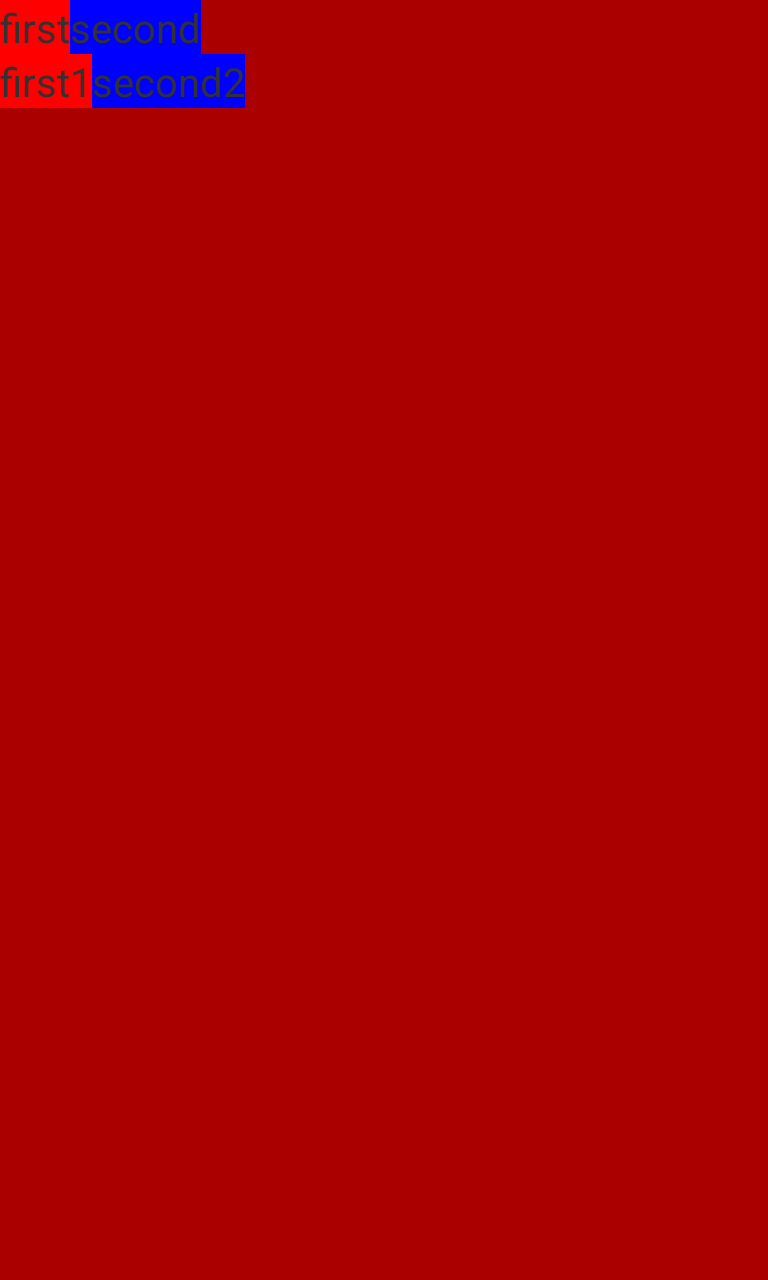
Repository: mrhanliang/Android_4.2
Layout: S01_E12_LinearLayout/res/layout/activity_main.xml
These files come from the project's save history. The layout is drawn as it stood at one moment and after the next save; the edit follows.
It is drawn on a 768 x 1280 px phone screen (xhdpi) without system bars, with theme AppTheme; the app's code is not run.

Above is the layout before, as saved 2015-12-01 14:15:00.

### S01_E12_LinearLayout/res/layout/activity_main.xml
<LinearLayout xmlns:android="http://schemas.android.com/apk/res/android"
    xmlns:tools="http://schemas.android.com/tools"
    android:layout_width="match_parent"
    android:layout_height="match_parent"
	android:background="#AA0000"
	android:orientation="vertical"
    tools:context="cn.cqupt.s01_e12_linearlayout.MainActivity" >

    <LinearLayout
        android:layout_width="wrap_content"
        android:layout_height="wrap_content"
        android:orientation="horizontal"
        android:background="#FF0000"
        >
        <TextView
            android:layout_width="0dp"
            android:layout_height="wrap_content"
            android:textSize="20dp"
            android:layout_weight="1"
            android:text="first"
            />

        <TextView
            android:layout_width="0dp"
            android:layout_height="wrap_content"
            android:textSize="20dp"
            android:background="#0000ff"
            android:layout_weight="1"
            android:text="second"
            />

    </LinearLayout>

    <LinearLayout
        android:layout_width="wrap_content"
        android:layout_height="wrap_content"
        android:orientation="horizontal"
        android:background="#FF0000"
        >
        <TextView
            android:layout_width="0dp"
            android:layout_height="wrap_content"
            android:textSize="20dp"
            android:layout_weight="2"
            android:text="first1"
            />

        <TextView
            android:layout_width="wrap_content"
            android:layout_height="wrap_content"
            android:textSize="20dp"
            android:layout_weight="1"
            android:background="#0000ff"
            android:text="second2"
            />

    </LinearLayout>

</LinearLayout>

Loaded but not shown: S01_E12_LinearLayout/res/values/styles.xml (common file); S01_E12_LinearLayout/res/values-v11/styles.xml (common file); S01_E12_LinearLayout/res/values-v14/styles.xml (common file)

After the next save:
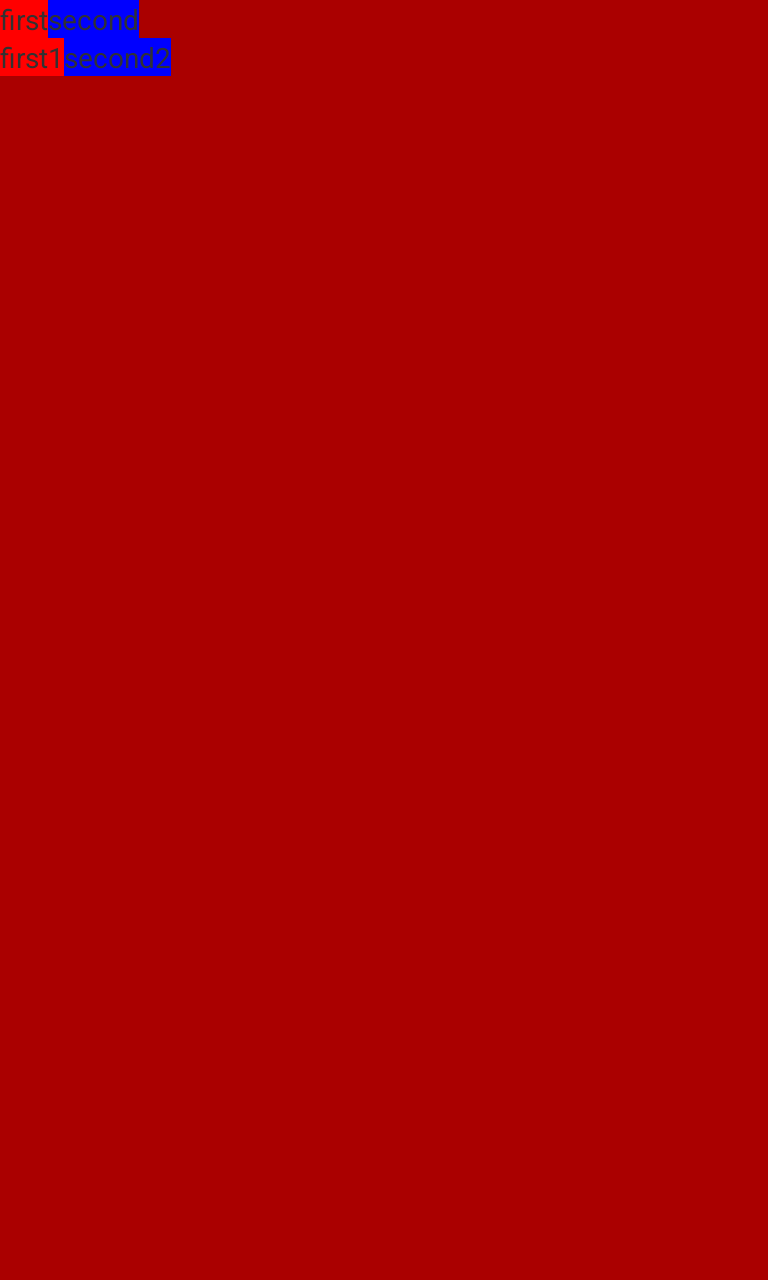
Saved 36 s later.
--- a/S01_E12_LinearLayout/res/layout/activity_main.xml
+++ b/S01_E12_LinearLayout/res/layout/activity_main.xml
@@ -15,7 +15,6 @@
         <TextView
             android:layout_width="0dp"
             android:layout_height="wrap_content"
-            android:textSize="20dp"
             android:layout_weight="1"
             android:text="first"
             />
@@ -23,7 +22,6 @@
         <TextView
             android:layout_width="0dp"
             android:layout_height="wrap_content"
-            android:textSize="20dp"
             android:background="#0000ff"
             android:layout_weight="1"
             android:text="second"
@@ -40,7 +38,6 @@
         <TextView
             android:layout_width="0dp"
             android:layout_height="wrap_content"
-            android:textSize="20dp"
             android:layout_weight="2"
             android:text="first1"
             />
@@ -48,7 +45,6 @@
         <TextView
             android:layout_width="wrap_content"
             android:layout_height="wrap_content"
-            android:textSize="20dp"
             android:layout_weight="1"
             android:background="#0000ff"
             android:text="second2"

After the save that followed:
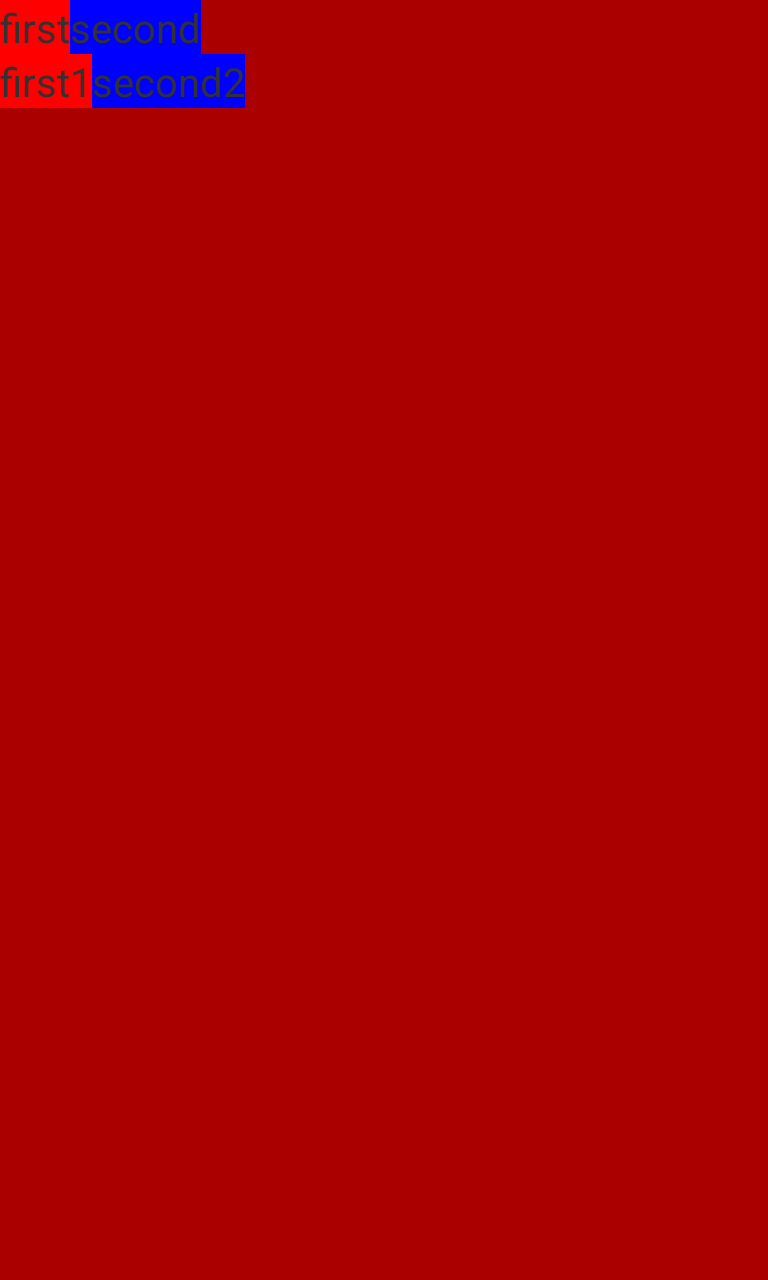
Saved 2 min 17 s later.
--- a/S01_E12_LinearLayout/res/layout/activity_main.xml
+++ b/S01_E12_LinearLayout/res/layout/activity_main.xml
@@ -13,15 +13,17 @@
         android:background="#FF0000"
         >
         <TextView
-            android:layout_width="0dp"
+            android:layout_width="wrap_content"
             android:layout_height="wrap_content"
+            android:textSize="20dp"
             android:layout_weight="1"
             android:text="first"
             />
 
         <TextView
-            android:layout_width="0dp"
+            android:layout_width="wrap_content"
             android:layout_height="wrap_content"
+            android:textSize="20dp"
             android:background="#0000ff"
             android:layout_weight="1"
             android:text="second"
@@ -36,8 +38,9 @@
         android:background="#FF0000"
         >
         <TextView
-            android:layout_width="0dp"
+            android:layout_width="wrap_content"
             android:layout_height="wrap_content"
+            android:textSize="20dp"
             android:layout_weight="2"
             android:text="first1"
             />
@@ -45,6 +48,7 @@
         <TextView
             android:layout_width="wrap_content"
             android:layout_height="wrap_content"
+            android:textSize="20dp"
             android:layout_weight="1"
             android:background="#0000ff"
             android:text="second2"
